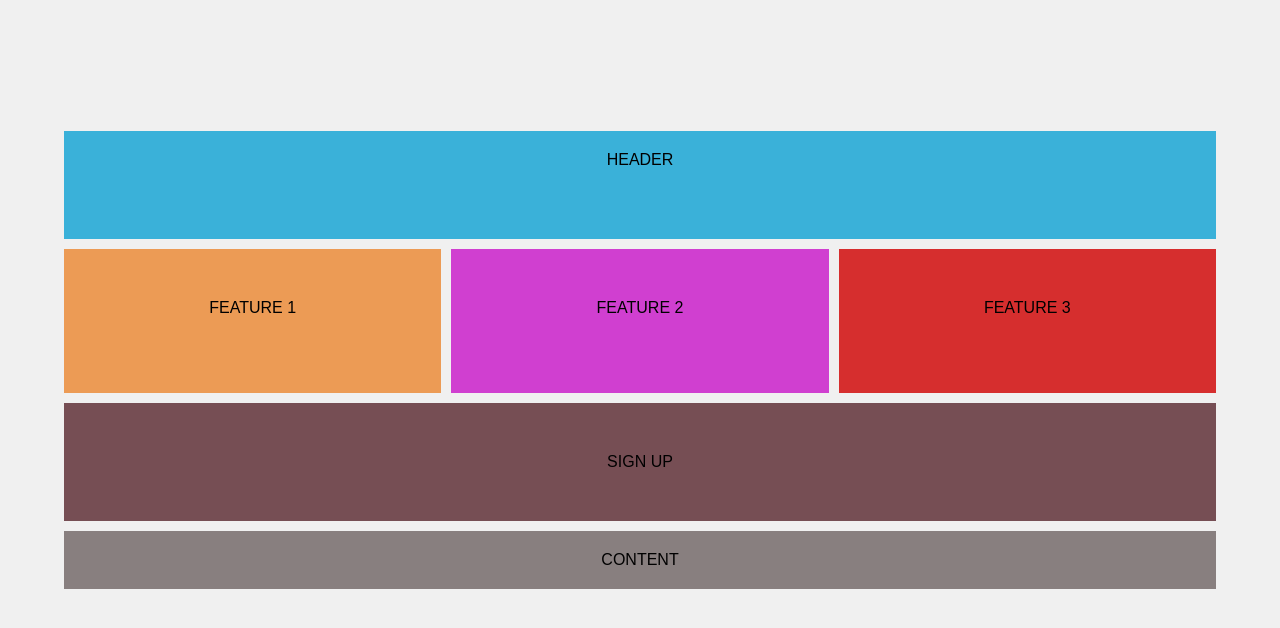
Repository: viveknaidu007/repo-152-FSD-InnomaticsTasksSep2024
Page: task_3/index.html
An editor plug-in stored every save of this project. The page is shown before and after the next save, followed by the edit.
The browser window is 1280 px wide. The pictures show the whole page.

Above is the page before, as saved 2024-10-02 11:44:42.

### task_3/index.html
<!DOCTYPE html>
<html lang="en">
<head>
  <meta charset="UTF-8">
  <meta name="viewport" content="width=device-width, initial-scale=1.0">
  <title>Responsive Layout</title>
  <link rel="stylesheet" href="styles.css">
</head>
<body>
  <div class="container">
    <header class="header">HEADER</header>
    <div class="content">CONTENT</div>
    <div class="signup">SIGN UP</div>
    <div class="feature1">FEATURE 1</div>
    <div class="feature2">FEATURE 2</div>
    <div class="feature3">FEATURE 3</div>
  </div>
</body>
</html>

### task_3/styles.css
* {
    margin: 0;
    padding: 0;
    box-sizing: border-box;
  }

  body {
    font-family: Arial, sans-serif;
    display: flex;
    justify-content: center;
    align-items: center;
    height: 100vh;
    background-color: #f0f0f0;
  }



  .container {
    display: grid;
    grid-template-areas:
      "header"
      "content"
      "signup"
      "feature1"
      "feature2"
      "feature3";
    grid-template-columns: 1fr;
    gap: 10px;
    width: 90%;
    max-width: 1200px;
  }

  .header {
    grid-area: header;
    background-color: #3ab1d9;
    text-align: center;
    padding: 20px;
    position: static;
    height: 15vh;
  }

  .content {
    grid-area: content;
    background-color: #887f7f;
    text-align: center;
    padding: 20px;
  }

  .signup {
    grid-area: signup;
    background-color: #764e54;
    text-align: center;
    padding: 50px;
    text-decoration: solid;
  }


  .feature1 {
    background-color: #ec9b55;
    height:20vh;
    text-align: center;
    padding: 50px;
  }

  .feature2 {
    background-color: #d03fd0;
    height:20vh;
    padding: 50px;
    text-align: center;
  }

  .feature3 {
    background-color: #d62e2e;
    padding: 50px;
    text-align: center;
  }


  @media(min-width: 768px) {
    .container {
      grid-template-areas:
        "header header"
        "content content"
        "signup feature1"
        "feature2 feature3";
      grid-template-columns: 1fr 1fr;
    }
  }

  @media(min-width: 1024px) {
    .container {
      grid-template-areas:
        "header header header"
        "feature1 feature2 feature3"
        "signup signup signup"
        "content content content";
      grid-template-columns: repeat(3, 1fr);
    }
  }

After the next save:
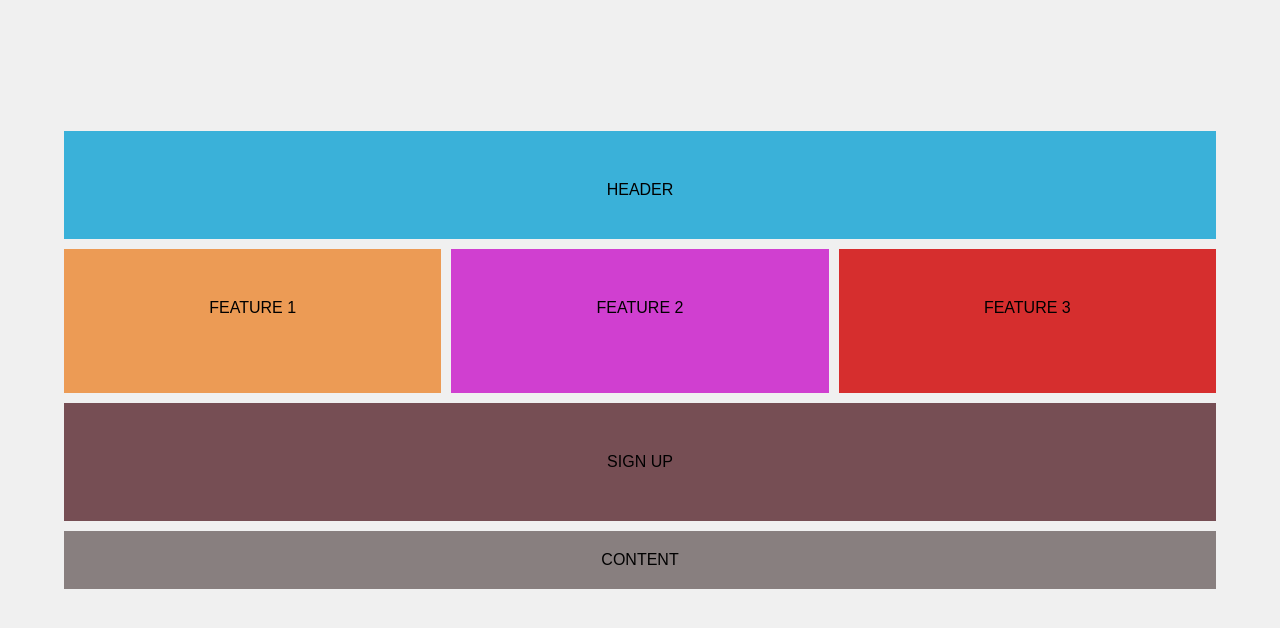
Saved 43 s later.
--- a/task_3/styles.css
+++ b/task_3/styles.css
@@ -13,28 +13,11 @@
     background-color: #f0f0f0;
   }
 
-
-
-  .container {
-    display: grid;
-    grid-template-areas:
-      "header"
-      "content"
-      "signup"
-      "feature1"
-      "feature2"
-      "feature3";
-    grid-template-columns: 1fr;
-    gap: 10px;
-    width: 90%;
-    max-width: 1200px;
-  }
-
   .header {
     grid-area: header;
     background-color: #3ab1d9;
     text-align: center;
-    padding: 20px;
+    padding: 50px;
     position: static;
     height: 15vh;
   }
@@ -76,6 +59,22 @@
   }
 
 
+  .container {
+    display: grid;
+    grid-template-areas:
+      "header"
+      "content"
+      "signup"
+      "feature1"
+      "feature2"
+      "feature3";
+    grid-template-columns: 1fr;
+    gap: 10px;
+    width: 90%;
+    max-width: 1200px;
+  }
+
+
   @media(min-width: 768px) {
     .container {
       grid-template-areas:
